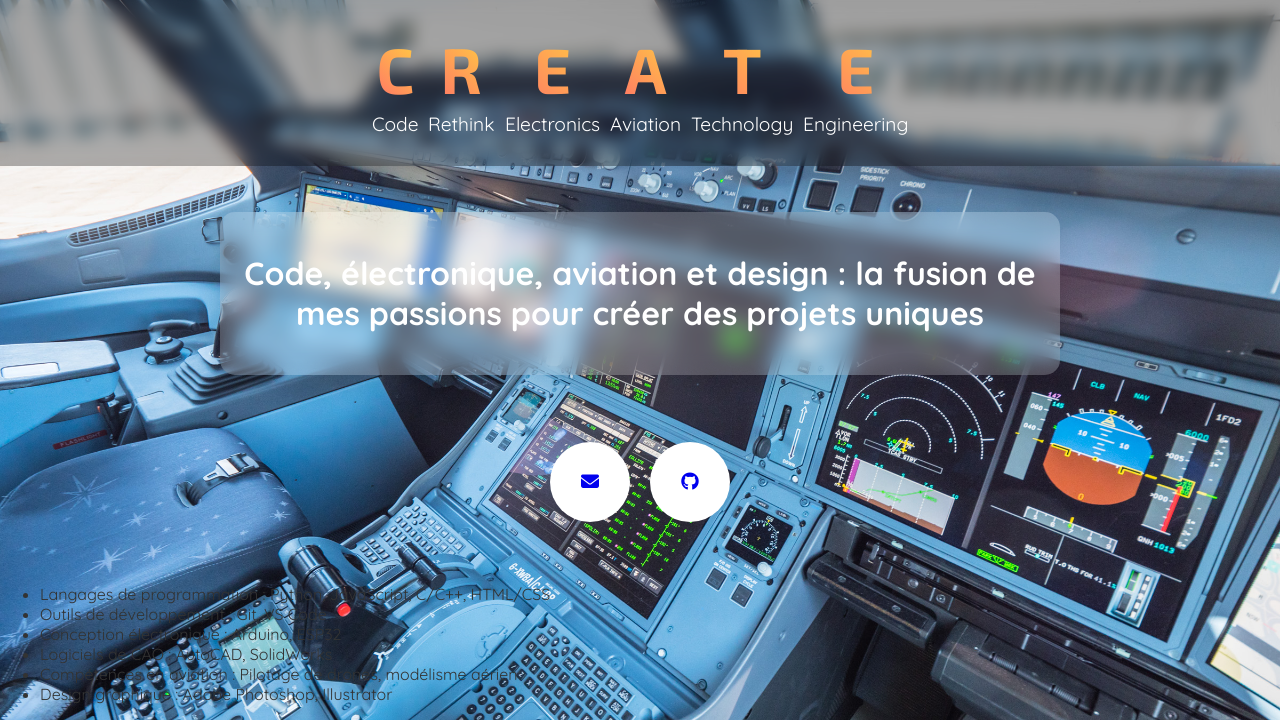
Repository: nlagardere/myportfolio
Page: index.html
The author's editor kept a copy of each file at every save. The page is drawn from the files as they stood at one save, then again after a run of saves.
The browser window is 1280 px wide. The pictures show the whole page.

Above is the page before, as saved 2025-09-06 10:05:15.

### index.html
<!DOCTYPE html>
<html lang="fr">
<head>
  <meta charset="UTF-8">
  <meta name="viewport" content="width=device-width, initial-scale=1.0">
  <title>Portfolio</title>

  <!-- Google Fonts -->
  <link href="https://fonts.googleapis.com/css2?family=Exo+2:wght@400;700&family=Quicksand:wght@400;700&display=swap" rel="stylesheet">
  <!-- Font Awesome -->
  <link rel="stylesheet" href="https://cdnjs.cloudflare.com/ajax/libs/font-awesome/6.5.0/css/all.min.css">

  <style>
    /* ========== BODY & LAYOUT ========== */
    body {
      font-family: 'Quicksand', sans-serif;
      margin: 0;
      padding: 0;
      min-height: 100vh;
      display: flex;
      flex-direction: column;       /* empile header, contenu, footer verticalement */
      justify-content: space-between; /* espace entre header/contenu et footer */
      background: url('a350.jpg') no-repeat center center;
      background-size: cover;
      color: #333;
    }

    header {
      text-align: center;
      padding: 30px 20px;
      background: rgba(0,0,0,0.3);
      backdrop-filter: blur(8px);
      color: white;
    }

    .glasscard {
      background: rgba(255, 255, 255, 0.2);
      border-radius: 15px;
      padding: 20px;
      margin: 20px auto;
      max-width: 800px;
      backdrop-filter: blur(10px);
      box-shadow: 0 4px 30px rgba(0, 0, 0, 0.1);
      color: white;
      text-align: center;
      animation: zoomPop 1s ease forwards;
    }

    /* ========== ACRONYM ========== */
    .acronym-container {
      display: flex;
      justify-content: center;
      gap: 10px;
      flex-wrap: wrap;
      perspective: 1000px;
    }

    .letter-block {
      flex: none;
      text-align: center;
      opacity: 0;
      transform: scale(0.1) translateZ(-800px);
      animation: zoomPop 0.8s cubic-bezier(0.25, 1.5, 0.5, 1) forwards;
    }

    .letter-block:nth-child(1) { animation-delay: 0s; }
    .letter-block:nth-child(2) { animation-delay: 0.1s; }
    .letter-block:nth-child(3) { animation-delay: 0.2s; }
    .letter-block:nth-child(4) { animation-delay: 0.3s; }
    .letter-block:nth-child(5) { animation-delay: 0.4s; }
    .letter-block:nth-child(6) { animation-delay: 0.5s; }

    .letter-block .letter {
      font-size: 4em;
      font-weight: bold;
      font-family: 'Exo 2', sans-serif;
      background: linear-gradient(45deg, #FF6B6B, #FFD93D);
      -webkit-background-clip: text;
      -webkit-text-fill-color: transparent;
      transition: filter 0.2s;
    }

    .letter-block .letter:hover {
      filter: brightness(1.2);
    }

    .letter-block .desc {
      font-size: 1.2em;
      margin-top: 5px;
    }

    @keyframes zoomPop {
      0% { opacity: 0; transform: scale(0.1) translateZ(-800px); }
      60% { opacity: 1; transform: scale(1.2) translateZ(50px); }
      80% { transform: scale(0.95) translateZ(0); }
      100% { opacity: 1; transform: scale(1) translateZ(0); }
    }

    /* ========== SOCIAL ICONS ========== */
    .wrapper {
      display: inline-flex;
      justify-content: center;
      list-style: none;
      padding: 20px 0;
      margin: 0 auto;
    }

    .wrapper .icon {
      position: relative;
      background: #ffffff;
      border-radius: 50%;
      padding: 15px;
      margin: 0 10px;
      width: 50px;
      height: 50px;
      font-size: 18px;
      display: flex;
      justify-content: center;
      align-items: center;
      cursor: pointer;
      transition: all 0.2s cubic-bezier(0.68, -0.55, 0.265, 1.55);
    }

    /* Tooltip */
    .wrapper .tooltip {
      position: absolute;
      bottom: 100%;           /* au-dessus de l’icône */
      left: 50%;
      transform: translateX(-50%) translateY(-10px);
      font-size: 14px;
      background: #333;
      color: #fff;
      padding: 5px 8px;
      border-radius: 5px;
      box-shadow: 0 4px 10px rgba(0,0,0,0.2);
      opacity: 0;
      pointer-events: none;
      white-space: nowrap;
      transition: all 0.3s cubic-bezier(0.68, -0.55, 0.265, 1.55);
      z-index: 10;
    }

    .wrapper .tooltip::before {
      content: "";
      position: absolute;
      top: 100%;              /* triangle sous le tooltip */
      left: 50%;
      transform: translateX(-50%) rotate(45deg);
      width: 8px;
      height: 8px;
      background: #333;
    }

    .wrapper .icon:hover .tooltip {
      opacity: 1;
      pointer-events: auto;
      transform: translateX(-50%) translateY(-15px);
    }

    /* Hover colors */
    .wrapper .mail:hover,
    .wrapper .mail:hover .tooltip,
    .wrapper .mail:hover .tooltip::before {
      background: #00CED1;
      color: #ffffff;
    }

    .wrapper .github:hover,
    .wrapper .github:hover .tooltip,
    .wrapper .github:hover .tooltip::before {
      background: #333333;
      color: #ffffff;
    }

    /* Responsive letters */
    @media (max-width: 600px) {
      .letter-block .letter {
        font-size: 2.5em;
      }
    }
  </style>
</head>

<body>
  <header>
    <div class="acronym-container">
      <div class="letter-block">
        <div class="letter">C</div>
        <div class="desc">Code</div>
      </div>
      <div class="letter-block">
        <div class="letter">R</div>
        <div class="desc">Rethink</div>
      </div>
      <div class="letter-block">
        <div class="letter">E</div>
        <div class="desc">Electronics</div>
      </div>
      <div class="letter-block">
        <div class="letter">A</div>
        <div class="desc">Aviation</div>
      </div>
      <div class="letter-block">
        <div class="letter">T</div>
        <div class="desc">Technology</div>
      </div>
      <div class="letter-block">
        <div class="letter">E</div>
        <div class="desc">Engineering</div>
      </div>
    </div>
  </header>

  <div class="glasscard">
    <h1>Code, électronique, aviation et design : la fusion de mes passions pour créer des projets uniques</h1>
  </div>

  <ul class="wrapper">
    <li class="icon mail">
      <a href="mailto:nathan.lagardere@gmail.com" target="_blank">
        <span class="tooltip">Mail</span>
        <i class="fas fa-envelope"></i>
      </a>
    </li>

    <li class="icon github">
      <a href="https://github.com/nlagardere" target="_blank">
        <span class="tooltip">Github</span>
        <i class="fab fa-github"></i>
      </a>
    </li>
  </ul>

  <div class="compétences">
    <ul>
      <li>Langages de programmation : Python, JavaScript, C/C++, HTML/CSS</li>
      <li>Outils de développement : Git, VS Code</li>
      <li>Conception électronique : Arduino, ESP32</li>
      <li>Logiciels de CAO : AutoCAD, SolidWorks</li>
      <li>Compétences en aviation : Pilotage de drones, modélisme aérien</li>
      <li>Design graphique : Adobe Photoshop, Illustrator</li>
    </ul>
  </div>

</body>
</html>

After the next 2 saves:
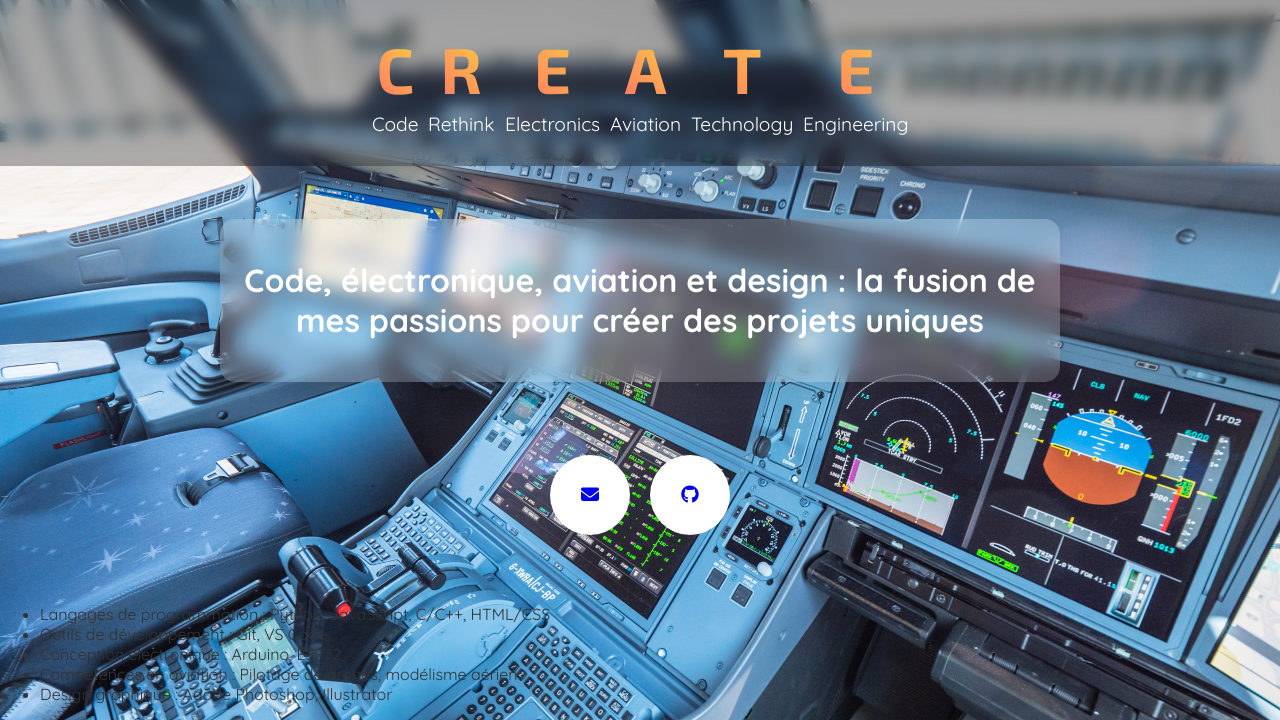
The 2 saves are shown as one change because they came seconds apart.
The last was saved 10 s later.
--- a/index.html
+++ b/index.html
@@ -236,7 +236,7 @@
       <li>Langages de programmation : Python, JavaScript, C/C++, HTML/CSS</li>
       <li>Outils de développement : Git, VS Code</li>
       <li>Conception électronique : Arduino, ESP32</li>
-      <li>Logiciels de CAO : AutoCAD, SolidWorks</li>
+
       <li>Compétences en aviation : Pilotage de drones, modélisme aérien</li>
       <li>Design graphique : Adobe Photoshop, Illustrator</li>
     </ul>
